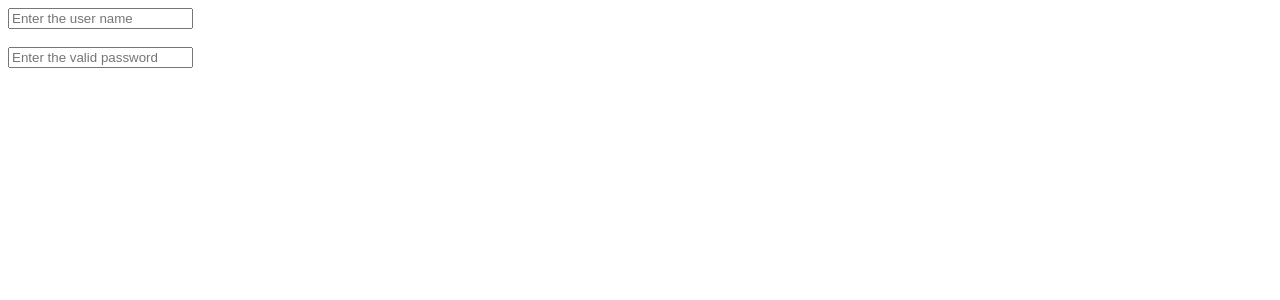
Repository: LSLParvathi/WebApplications
Page: http://localhost/loginpage/Resources/jsp/login.jsp
The author's editor kept a copy of each file at every save. The page is drawn from the files as they stood at one save, then again after the next save.
The browser window is 1280 px wide. The pictures show the whole page.
The page is served by Tomcat 9.

Above is the page before, as saved 2020-02-14 05:08:32.

After the next save:
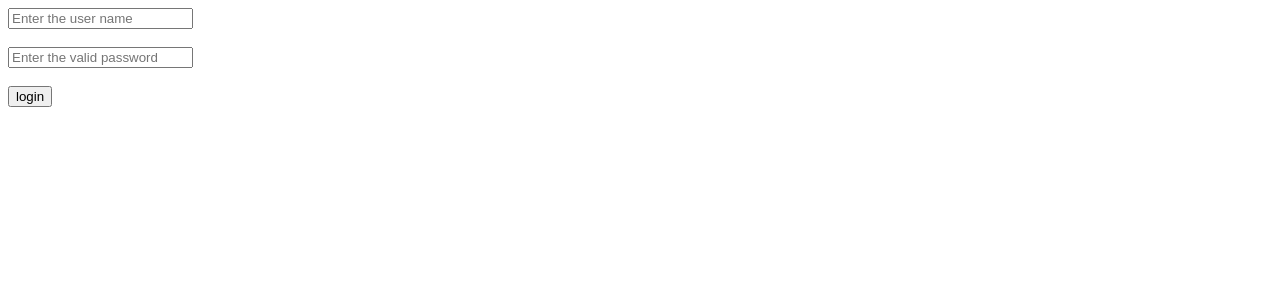
Saved 69 s later.
--- a/loginpage/WebContent/Resources/jsp/login.jsp
+++ b/loginpage/WebContent/Resources/jsp/login.jsp
@@ -9,9 +9,6 @@
        <body>
            <input type="text" name="user" placeholder="Enter the user name"><br><br>
            <input type="password" name="pass" placeholder="Enter the valid password"><br><br>
-
-
-
-
-     </body>
+           <input type="submit" value="login">
+       </body>
 </html>
